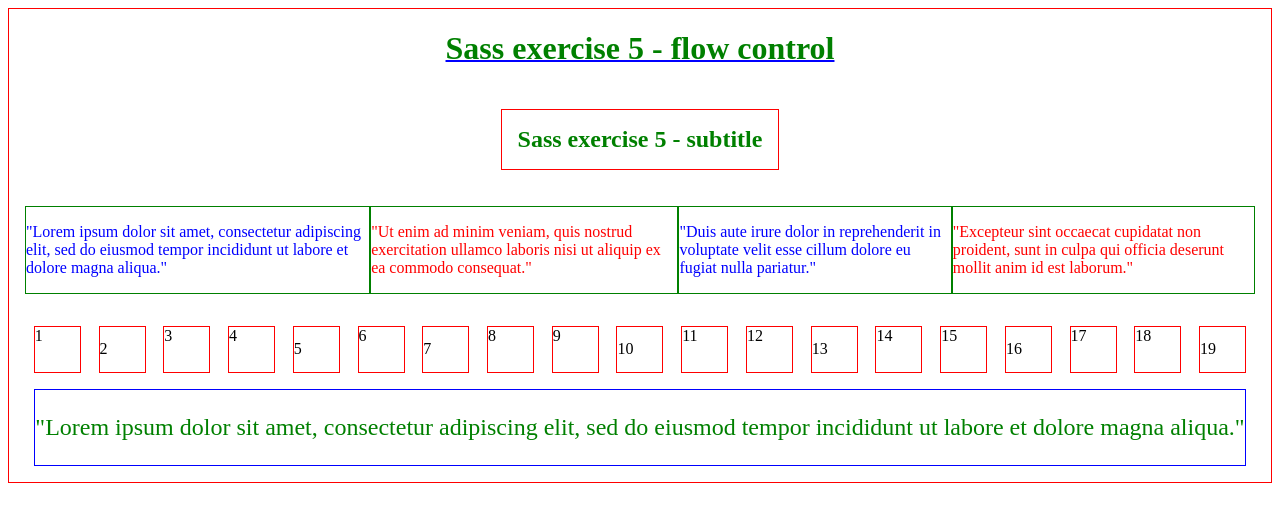
Repository: tr2cky/sass5
Page: index.html
An editor plug-in stored every save of this project. The page is shown before and after a run of saves, followed by the edit.
The browser window is 1280 px wide. The pictures show the whole page.
The style sheet was rebuilt from its Sass, Less or Tailwind sources for each picture, by a compiler version that may differ from the author's.

Above is the page before, as saved 2022-10-16 12:34:44.

After the next 2 saves:
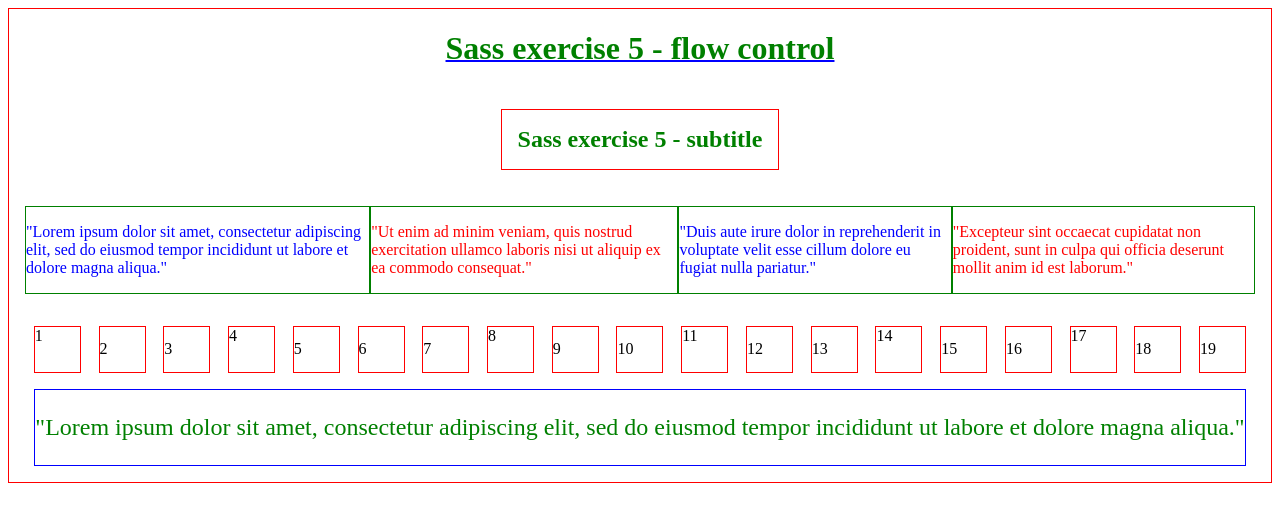
The 2 saves are shown as one change because they came seconds apart.
The last was saved 102 s later.
--- a/style.scss
+++ b/style.scss
@@ -19,4 +19,8 @@ $color-tertiary: module1.$color-tertiary;
         display: flex;
         align-items: center;
     }
+    & .fs-3rem {
+        display: flex;
+        align-items: center;
+    }
 }
